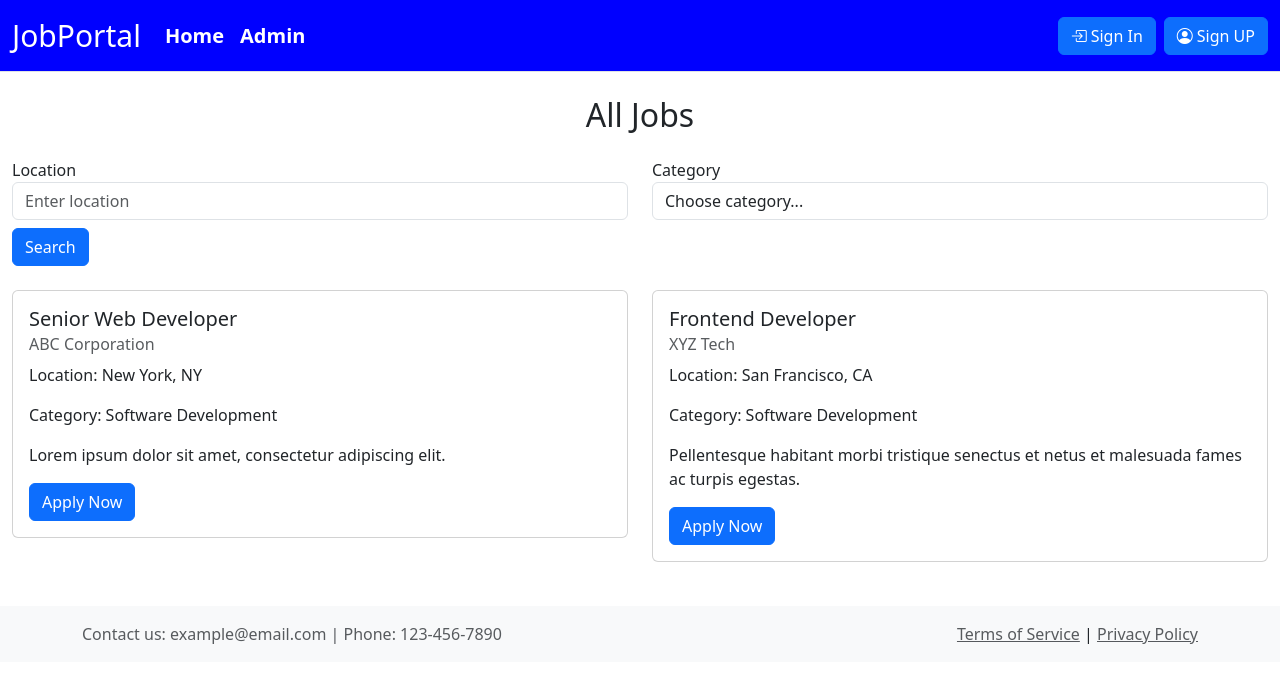
Repository: smruti12344/Job_Portal
Page: http://localhost/Job_portal/home.jsp
These files come from the project's save history. The page is drawn as it stood at one moment and after the next save; the edit follows.
The browser window is 1280 px wide. The pictures show the whole page.
Some web libraries are served in a nearby version. The page is served by Tomcat 9. Other server files are loaded and not shown.

Above is the page before, as saved 2024-04-17 07:30:34.

### Job_portal/src/main/webapp/home.jsp
<%@ page language="java" contentType="text/html; charset=UTF-8"
    pageEncoding="UTF-8"%>
    <%@ page import="com.Bean.*, com.DAO.*" %>
<!DOCTYPE html>
<html lang="en">
<head>
    <meta charset="UTF-8">
    <meta name="viewport" content="width=device-width, initial-scale=1.0">
    <title>All Jobs</title>
    <!--all file links  -->
<%@include file="Components\alllinks.jsp" %>
    <!-- Custom CSS -->
    <style>
        /* Custom styles */
        .job-card {
            margin-bottom: 20px;
        }
    </style>
</head>
<body>
<%@include file="Components\navbar.jsp" %>
    <div class="container-fluid my-4">
        <h2 class="text-center mb-4">All Jobs</h2>

        <!-- Search form -->
        <form >
            <div class="row d-flex justify-content-center">
                <div class="form-group col-md-6">
                    <label for="inputLocation">Location</label>
                    <input type="text" class="form-control" id="inputLocation" placeholder="Enter location">
                </div>
                <div class="form-group col-md-6">
                    <label for="inputCategory">Category</label>
                    <select id="inputCategory" class="form-control">
                        <option selected>Choose category...</option>
                        <option>Software Development</option>
                        <option>Marketing</option>
                        <option>Finance</option>
                        <!-- Add more categories as needed -->
                    </select>
                </div>


            </div>
              <button type="submit" class="btn btn-primary mt-2">Search</button>
        </form>

        <div class="row mt-4">
            <div class="col-md-6">
                <div class="card job-card">
                    <div class="card-body">
                        <h5 class="card-title">Senior Web Developer</h5>
                        <h6 class="card-subtitle mb-2 text-muted">ABC Corporation</h6>
                        <p class="card-text">Location: New York, NY</p>
                        <p class="card-text">Category: Software Development</p>
                        <p class="card-text">Lorem ipsum dolor sit amet, consectetur adipiscing elit.</p>
                        <a href="#" class="btn btn-primary">Apply Now</a>
                    </div>
                </div>
            </div>
            <!-- Add more job cards as needed -->
            <div class="col-md-6">
                <div class="card job-card">
                    <div class="card-body">
                        <h5 class="card-title">Frontend Developer</h5>
                        <h6 class="card-subtitle mb-2 text-muted">XYZ Tech</h6>
                        <p class="card-text">Location: San Francisco, CA</p>
                        <p class="card-text">Category: Software Development</p>
                        <p class="card-text">Pellentesque habitant morbi tristique senectus et netus et malesuada fames ac turpis egestas.</p>
                        <a href="#" class="btn btn-primary">Apply Now</a>
                    </div>
                </div>
            </div>
        </div>
    </div>

    <footer class="footer mt-auto py-3 bg-light ">
        <div class="container d-flex justify-content-between">
            <span class="text-muted">Contact us: example@email.com | Phone: 123-456-7890</span>
            <div class="float-right">
                <a href="#" class="text-muted">Terms of Service</a> |
                <a href="#" class="text-muted">Privacy Policy</a>
            </div>
        </div>
    </footer>

    <!-- Bootstrap JS and jQuery (optional, for Bootstrap components that require JavaScript) -->
    <script src="https://code.jquery.com/jquery-3.5.1.slim.min.js"></script>
    <script src="https://cdn.jsdelivr.net/npm/@popperjs/core@1.16.1/dist/umd/popper.min.js"></script>
    <script src="https://stackpath.bootstrapcdn.com/bootstrap/4.5.2/js/bootstrap.min.js"></script>
</body>
</html>

### Job_portal/src/main/webapp/Components/alllinks.jsp

<link
	href="https://cdn.jsdelivr.net/npm/bootstrap@5.3.3/dist/css/bootstrap.min.css"
	rel="stylesheet"
	integrity="sha384-QWTKZyjpPEjISv5WaRU9OFeRpok6YctnYmDr5pNlyT2bRjXh0JMhjY6hW+ALEwIH"
	crossorigin="anonymous">

<link rel="stylesheet"
	href="https://cdn.jsdelivr.net/npm/bootstrap-icons@1.11.3/font/bootstrap-icons.min.css">

<script
	src="https://cdn.jsdelivr.net/npm/bootstrap@5.3.3/dist/js/bootstrap.bundle.min.js"
	integrity="sha384-YvpcrYf0tY3lHB60NNkmXc5s9fDVZLESaAA55NDzOxhy9GkcIdslK1eN7N6jIeHz"
	crossorigin="anonymous"></script>

<link rel="stylesheet" href="Components/style.css"></link>

### Job_portal/src/main/webapp/Components/navbar.jsp
 <%@ taglib prefix="c" uri="http://java.sun.com/jsp/jstl/core" %>
 <%@ page isELIgnored="false" %>
<nav class="navbar bg-dark navbar-expand-lg border-bottom border-body bg-custom" >
  <div class="container-fluid">
    <a class="navbar-brand" href="#">JobPortal</a>
    <button class="navbar-toggler" type="button" data-bs-toggle="collapse" data-bs-target="#navbarSupportedContent" aria-controls="navbarSupportedContent" aria-expanded="false" aria-label="Toggle navigation">
      <span class="navbar-toggler-icon"></span>
    </button>
    <div class="collapse navbar-collapse" id="navbarSupportedContent">
      <ul class="navbar-nav me-auto mb-2 mb-lg-0">
        <li class="nav-item">
          <a class="nav-link active" aria-current="page" href="index.jsp">Home</a>
        </li>
        <li class="nav-item">
          <a class="nav-link active" aria-current="page" href="admin.jsp">Admin</a>
        </li>
        <c:if test="${user eq 'admin@gmail.com' }">
           <li class="nav-item">
          <a class="nav-link" href="add_job.jsp"><i class="bi bi-plus-circle-fill me-1"></i>Post jobs</a>
        </li>
        <li class="nav-item">
          <a class="nav-link" href="View.jsp"><i class="bi bi-eye-fill me-1"></i>View jobs</a>
        </li>
        </c:if>




      </ul>
      <form class="d-flex" role="search">
      <c:if test="${not empty user }">

      <a href="#" > <button class="btn btn-primary me-2 " type="button"><i class="bi bi-person-circle me-1"></i>Admin</button></a>
       <a href="signup.jsp"> <button type="button" class="btn btn-primary"><i class="bi bi-box-arrow-in-right me-1"></i>Sign out</button></a>
        </c:if>

      <c:if test="${ empty user }">

      <a href="signin.jsp" > <button class="btn btn-primary me-2 " type="button"><i class="bi bi-box-arrow-in-right me-1"></i>Sign In</button></a>
       <a href="signup.jsp"> <button type="button" class="btn btn-primary"><i class="bi bi-person-circle me-1"></i>Sign UP</button></a>
        </c:if>

      </form>
    </div>
  </div>
</nav>

### Job_portal/src/main/webapp/Components/style.css
.bg-custom{
	background-color: blue !important ;
}
.navbar-brand{
	color: white;
	font-size: 30px;
	user-select: none;
}
.navbar-brand:hover{
	color: white;
	text-shadow: 2px 2px 2px black;
	cursor:auto;
}
.navbar .nav-item .nav-link{
	font-size: 20px;
	color: white;
	font-weight: bold;
}
.navbar .nav-item:hover .nav-link{
	background: white;
	color: black;
	border-radius: 10px;
	cursor: pointer;
}

After the next save:
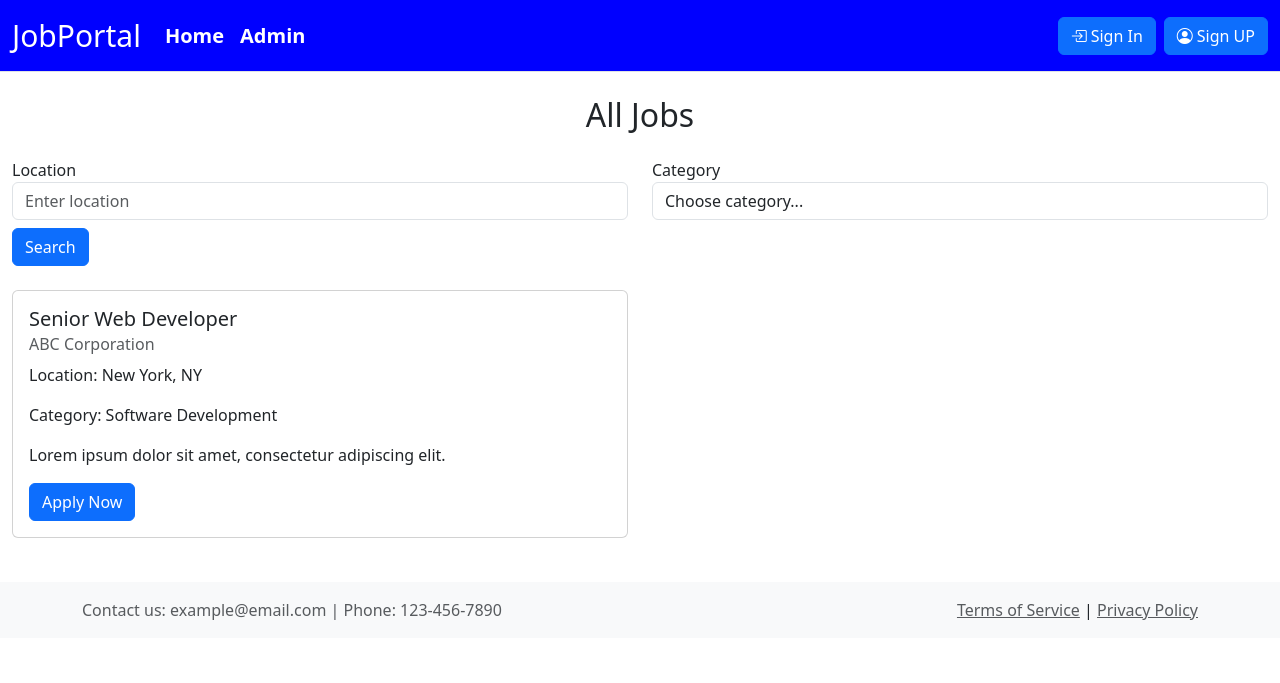
Saved 2 min 51 s later.
--- a/Job_portal/src/main/webapp/home.jsp
+++ b/Job_portal/src/main/webapp/home.jsp
@@ -1,6 +1,6 @@
 <%@ page language="java" contentType="text/html; charset=UTF-8"
     pageEncoding="UTF-8"%>
-    <%@ page import="com.Bean.*, com.DAO.*" %>
+    <%@ page import="com.Bean.*, com.DAO.*, java.util.*" %>
 <!DOCTYPE html>
 <html lang="en">
 <head>
@@ -46,6 +46,7 @@
         </form>
 
         <div class="row mt-4">
+        <% %>
             <div class="col-md-6">
                 <div class="card job-card">
                     <div class="card-body">
@@ -59,18 +60,7 @@
                 </div>
             </div>
             <!-- Add more job cards as needed -->
-            <div class="col-md-6">
-                <div class="card job-card">
-                    <div class="card-body">
-                        <h5 class="card-title">Frontend Developer</h5>
-                        <h6 class="card-subtitle mb-2 text-muted">XYZ Tech</h6>
-                        <p class="card-text">Location: San Francisco, CA</p>
-                        <p class="card-text">Category: Software Development</p>
-                        <p class="card-text">Pellentesque habitant morbi tristique senectus et netus et malesuada fames ac turpis egestas.</p>
-                        <a href="#" class="btn btn-primary">Apply Now</a>
-                    </div>
-                </div>
-            </div>
+
         </div>
     </div>
 
